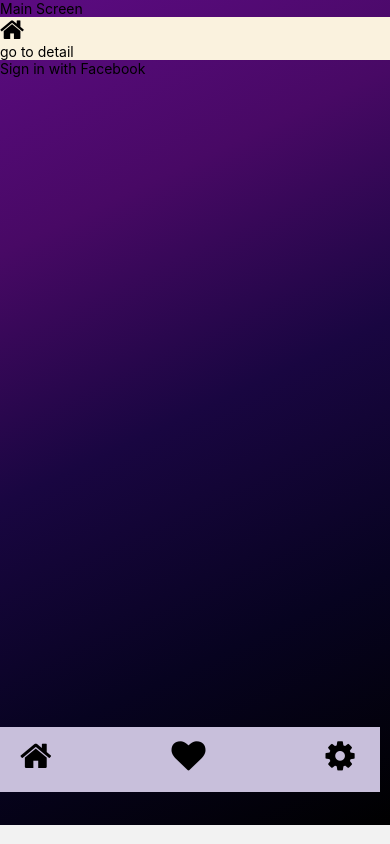
Repository: eyebone/barManager
Screen: /Main
These files come from the project's save history. The screen is drawn as it stood at one moment and after the next save; the edit follows.
The app was drawn by React Native's web renderer in a window 390 px wide. The project was rebuilt for these pictures with package versions that can differ from the ones it lists, and the page was loaded fresh each time. Also part of the build but not shown: components/EmojiPicker.js, components/Button.js, components/ImageViewer.js, components/circleButton.js, components/IconButton.js, view/ViewOne.js, view/Sign.js.

Above is the screen before, as saved 2023-06-27 09:09:56.

After the next save:
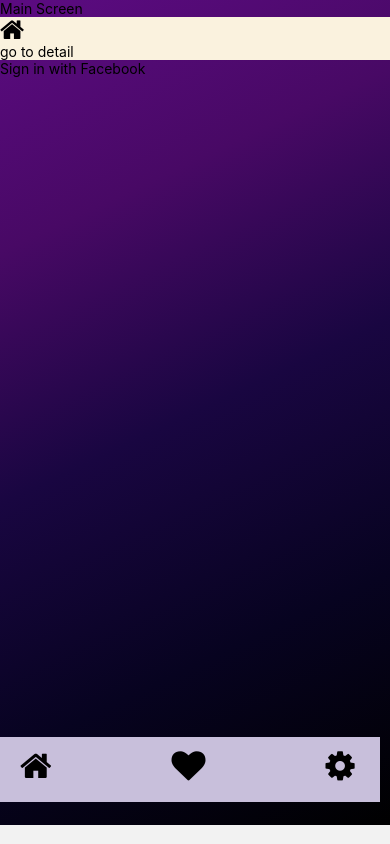
Saved 4 s later.
--- a/components/NavigationBar.js
+++ b/components/NavigationBar.js
@@ -54,7 +54,7 @@ const styles = StyleSheet.create({
     width: 380,
     height: 65,
     backgroundColor: "#C8BFDB",
-    marginTop: 650,
+    marginTop: 660,
     flexDirection: "row",
   },
 });
